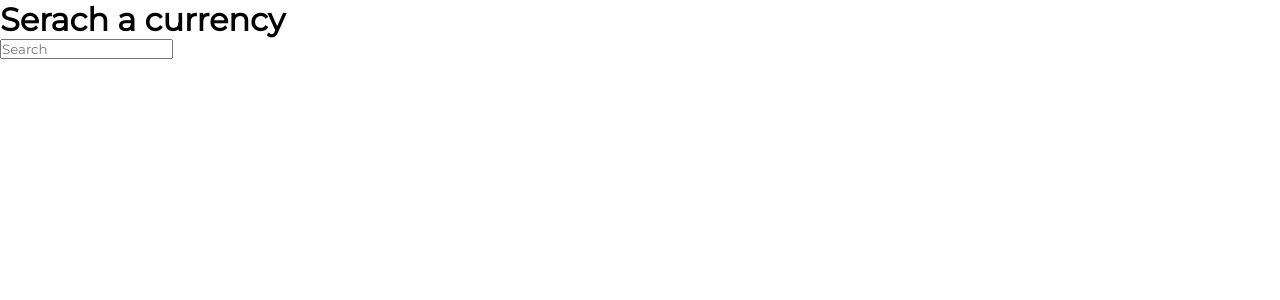
Repository: Malooyyy/crypto-tracker
Page: /
The author's editor kept a copy of each file at every save. The page is drawn from the files as they stood at one save, then again after the next save.
The browser window is 1280 px wide. The pictures show the whole page.
The page's requests for data from a server got no answer. The project was rebuilt for these pictures with package versions that can differ from the ones it lists, and the page was loaded fresh each time. No one was signed in, and anything a server would have sent is missing. Also part of the build but not shown: src/Coin.css, src/Coin.js.

Above is the page before, as saved 2022-06-29 00:03:32.

### src/index.css
@import url('https://fonts.googleapis.com/css2?family=Montserrat&display=swap');

* {
  box-sizing: border-box;
  margin: 0;
  padding: 0;
  font-family: 'Montserrat', sans-serif;
}

### src/App.js
import React, {useEffect, useState} from 'react';
import axios from 'axios';
import Coin from './Coin.js'


function App() {
  const[coins, setCoins] = useState([]);
  const [search, setSearch] = useState('')

  useEffect(() => {
    axios
    .get('https://api.coingecko.com/api/v3/coins/markets?vs_currency=usd&order=market_cap_desc&per_page=100&page=1&sparkline=false')
    .then(res => {
      setCoins(res.data);
    })
    .catch( error => console.log(error));
  }, []);

  const handleChange = e => {
    setSearch(e.target.value)
  }

  const filteredCoins = coins.filter(coin =>
    coin.name.toLowerCase().includes(search.toLowerCase())
    )

  return (
    <div className="coin-app">
      <div className="coin-serach">
        <h1 className="coin-text">Serach a currency</h1>
        <form>
          <input placeholder='Search' className='coin-input' type="text" onChange={handleChange} />
        </form>
      </div>
      {filteredCoins.map(coin => {
        return (
          <Coin key={coin.id}
          name={coin.name}
          image={coin.image}
          symbol={coin.symbol}
          marketcap={coin.market_cap}
          price={coin.current_price}
          priceChange={coin.price_change_percentage_24h}
          volume={coin.total_volume}
          />
        );
      })}
    </div>
  );
}

export default App;

Loaded but not shown: public/index.html (common file); src/index.js (common file)

After the next save:
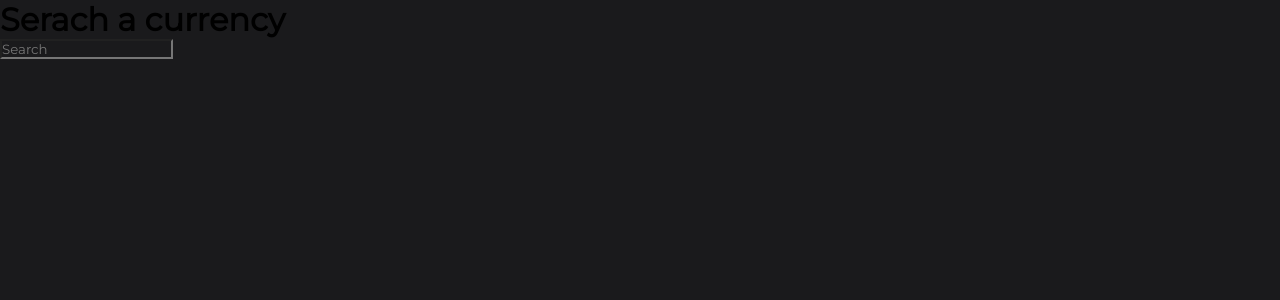
Saved 18 s later.
--- a/src/index.css
+++ b/src/index.css
@@ -5,4 +5,5 @@
   margin: 0;
   padding: 0;
   font-family: 'Montserrat', sans-serif;
+  background-color: #1a1a1c;
 }
